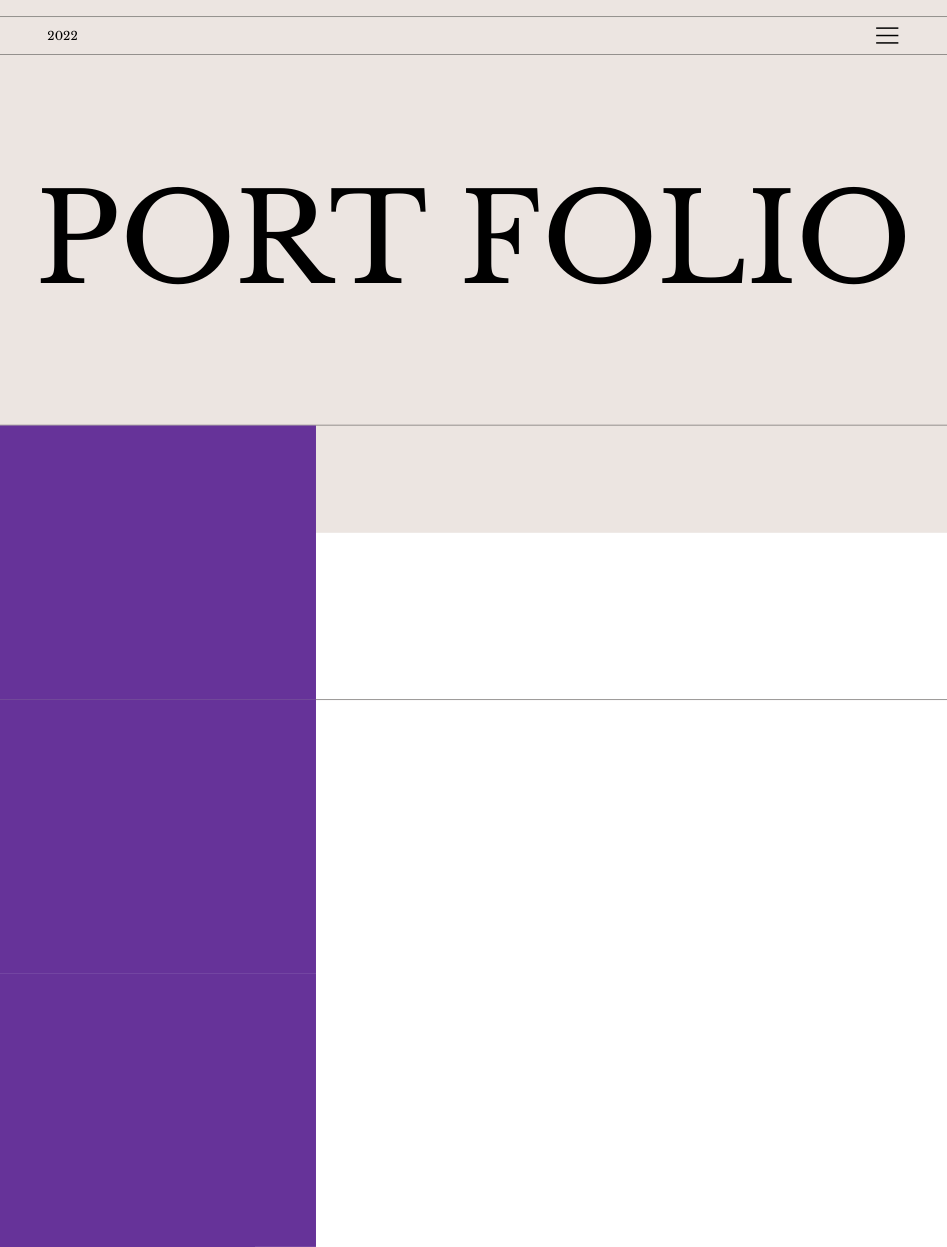
Repository: clsrnemfdml/portfolio_parksj_versiton1
Page: index.html
An editor plug-in stored every save of this project. The page is shown before and after the next save, followed by the edit.
The browser window is 1280 px wide. The pictures show the whole page, at 74% of full size.

Above is the page before, as saved 2021-09-02 07:17:31.

After the next save:
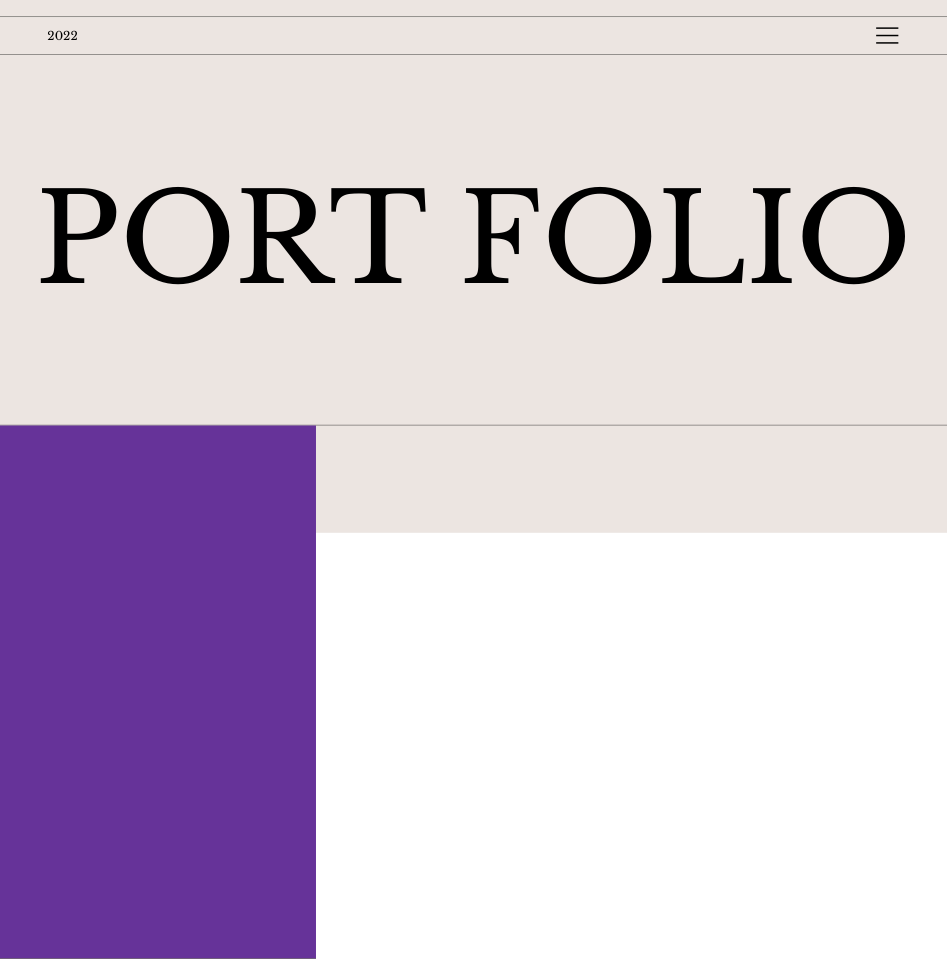
Saved 14 s later.
--- a/css/index.css
+++ b/css/index.css
@@ -72,9 +72,10 @@
     }
 
 
-    #wrap #section1 .content_bottom div{
+    #wrap #section1 .content_bottom{
         width: 33.333%;
         height: inherit;
         background: rebeccapurple;
         display: flex;
+
     }
